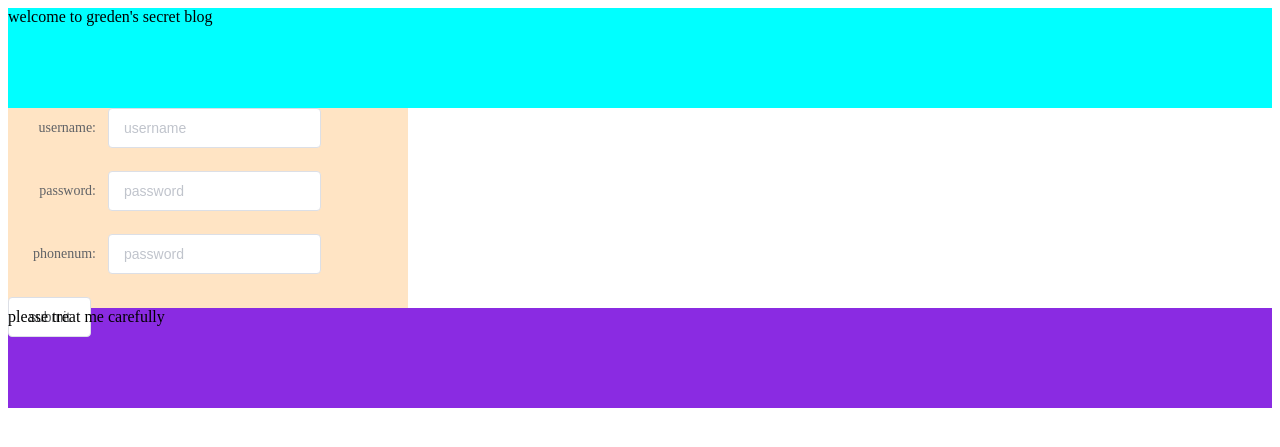
Repository: greden0814/myBlog
Page: /
An editor plug-in stored every save of this project. The page is shown before and after the next save, followed by the edit.
The browser window is 1280 px wide. The pictures show the whole page.
The project was rebuilt for these pictures with package versions that can differ from the ones it lists, and the page was loaded fresh each time.

Above is the page before, as saved 2021-07-15 09:43:29.

After the next save:
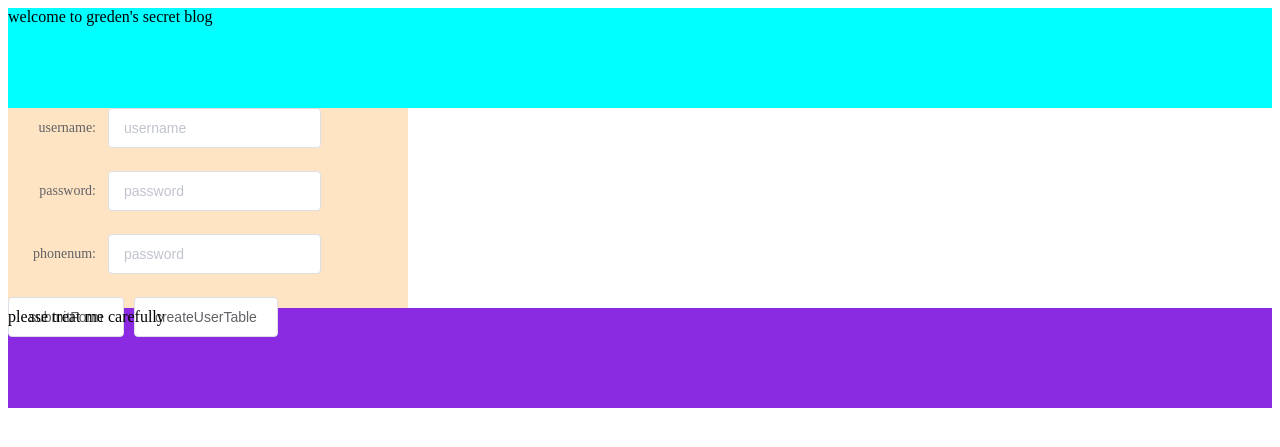
Saved 53 s later.
--- a/src/views/login/index.vue
+++ b/src/views/login/index.vue
@@ -13,7 +13,8 @@
           <el-form-item label="phonenum: ">
             <el-input v-model="ruleForm.phonenum" placeholder="password" />
           </el-form-item>
-          <el-button @click="submitForm">submit</el-button>
+          <el-button @click="submitForm">submitForm</el-button>
+          <el-button @click="createUserTable">createUserTable</el-button>
         </el-form>
         {{ submit }}
       </div>
